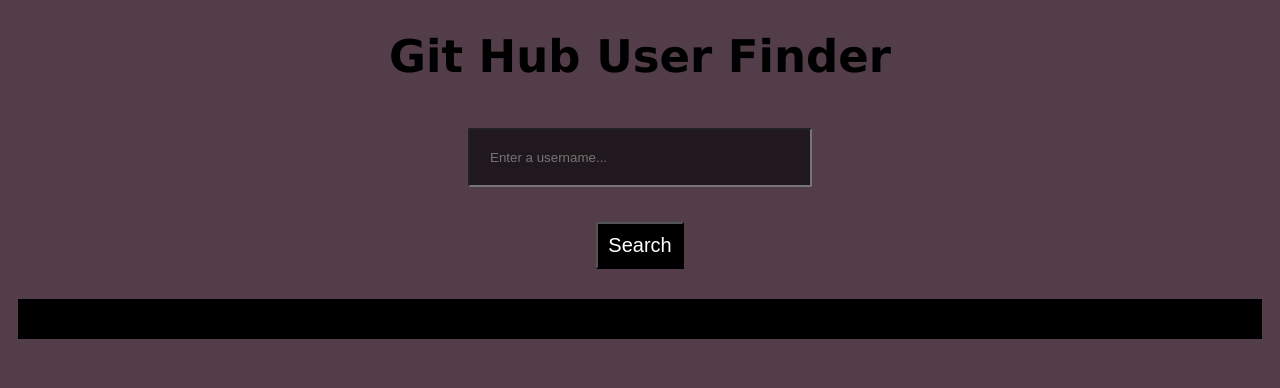
Repository: Dharshinimk-521/github-user-finder
Page: index.html
An editor plug-in stored every save of this project. The page is shown before and after the next save, followed by the edit.
The browser window is 1280 px wide. The pictures show the whole page.
Some web fonts or font styles are not loaded; a fallback is used.

Above is the page before, as saved 2026-04-13 21:45:11.

After the next save:
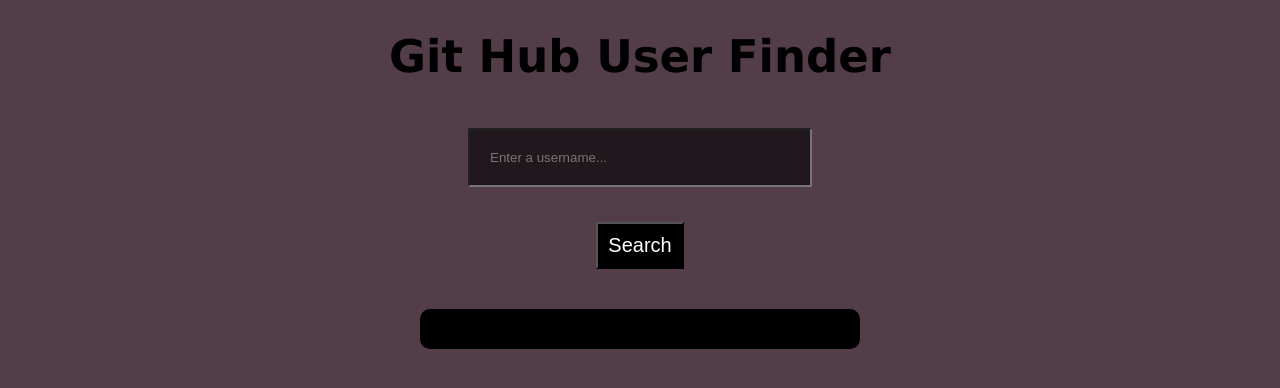
Saved 22 s later.
--- a/style.css
+++ b/style.css
@@ -31,11 +31,15 @@ body{
     font-size: 20px;
 }
 #profile{
-    text-align:left;
-    margin:10px;
-    padding:20px;
+    display: flex;
+    flex-direction: column;   /* stack items */
+    align-items: center;      /* center everything */
+    margin: 20px auto;
+    padding: 20px;
     background-color: black;
     color: white;
+    width: 400px;
+    border-radius: 10px;
 }
 .repo-container {
     margin-top: 20px;
